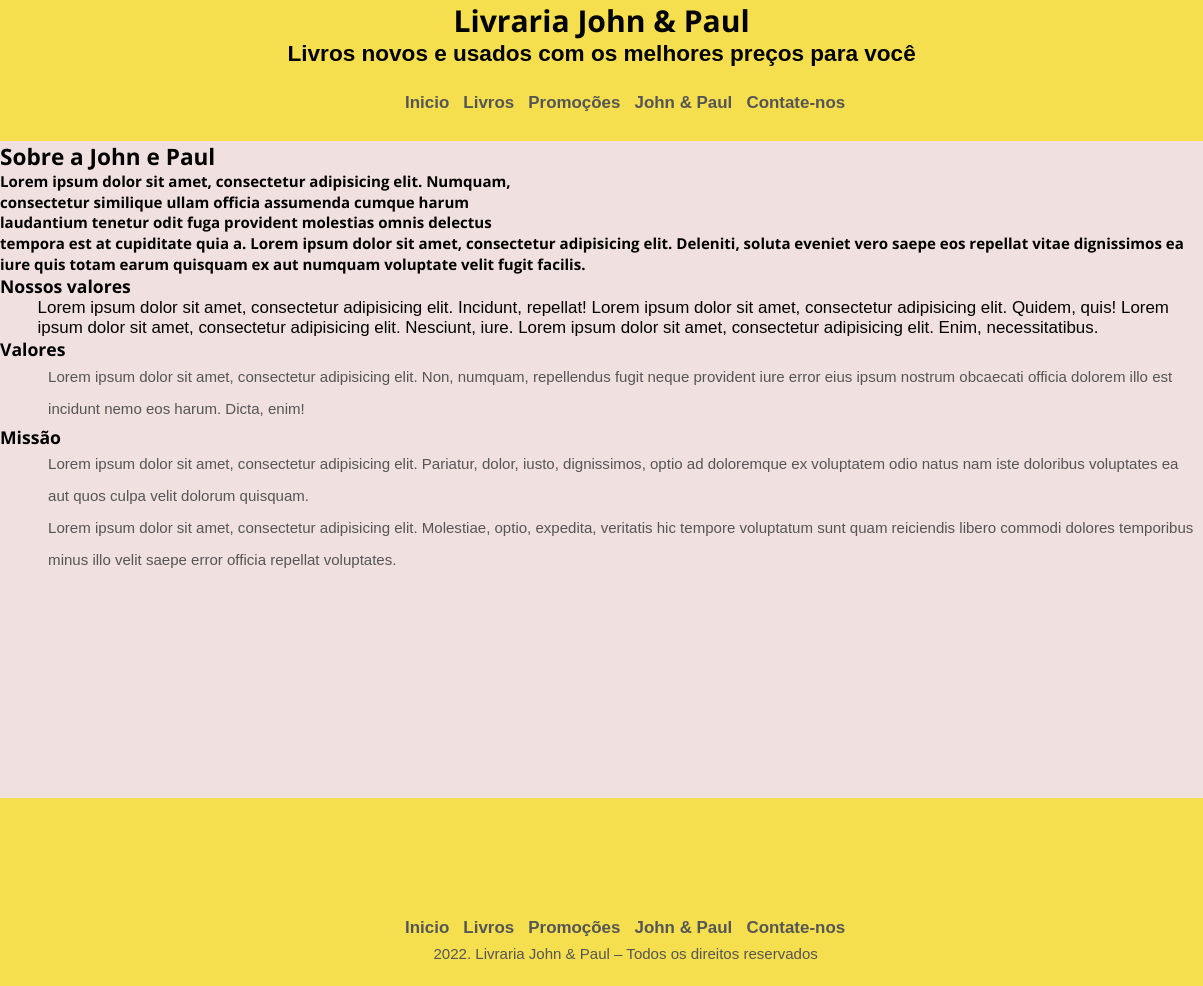
Repository: MarcoantonioCaldeira/Site-livraria-John-e-Paul
Page: sobre.html
An editor plug-in stored every save of this project. The page is shown before and after the next save, followed by the edit.
The browser window is 1280 px wide. The pictures show the whole page, at 94% of full size.

Above is the page before, as saved 2022-09-25 10:17:13.

### sobre.html
<!doctype html>
<html dir="ltr" lang="pt-BR">
<head>
   <meta name="viewport" content="width=device-width, initial-scale=1.0">

   <title>Meu Primeiro Projeto</title>
   <link rel="stylesheet" href="css/estilo.css">
</head>
<body>
<header id="topo">
   <h1 class="center"> Livraria John & Paul</h1>
   <h2 class="center">Livros novos e usados com os melhores preços para você</h2>
</header>
<nav id="menu-sobre">
   <ul>
      <li><a href="index.html">Inicio</a></li>
      <li><a href="produtos.html">Livros</a></li>
      <li><a href="#">Promoções</a></li>
      <li><a href="sobre.html">John & Paul</a></li>
      <li><a href="contato.html">Contate-nos</a></li>
   </ul>
</nav>
<section class="sobre">
   <h1>Sobre a John e Paul</h1>

   <h4>Lorem ipsum dolor sit amet, consectetur adipisicing elit. Numquam,<br>
    consectetur similique ullam officia assumenda cumque harum<br> laudantium tenetur
   odit fuga provident molestias omnis delectus<br> tempora est at cupiditate quia a.
   Lorem ipsum dolor sit amet, consectetur adipisicing elit. Deleniti,
   soluta eveniet vero saepe eos repellat vitae dignissimos ea iure quis
   totam earum quisquam ex aut numquam voluptate velit fugit facilis.</h4>


   <h3>Nossos valores</h3>
   <ul>
      <li>Lorem ipsum dolor sit amet, consectetur adipisicing elit. Incidunt, repellat!</li>
      <li>Lorem ipsum dolor sit amet, consectetur adipisicing elit. Quidem, quis!</li>
      <li>Lorem ipsum dolor sit amet, consectetur adipisicing elit. Nesciunt, iure.</li>
      <li>Lorem ipsum dolor sit amet, consectetur adipisicing elit. Enim, necessitatibus.</li>
   </ul>
   <h3>Valores</h3>
   <p>Lorem ipsum dolor sit amet, consectetur adipisicing elit. Non, numquam, repellendus fugit neque provident iure error eius ipsum nostrum obcaecati officia dolorem illo est incidunt nemo eos harum. Dicta, enim!</p>
   <h3>Missão</h3>
   <p>Lorem ipsum dolor sit amet, consectetur adipisicing elit. Pariatur, dolor, iusto, dignissimos, optio ad doloremque ex voluptatem odio natus nam iste doloribus voluptates ea aut quos culpa velit dolorum quisquam.</p>
   <p>Lorem ipsum dolor sit amet, consectetur adipisicing elit. Molestiae, optio, expedita, veritatis hic tempore voluptatum sunt quam reiciendis libero commodi dolores temporibus minus illo velit saepe error officia repellat voluptates.</p>
</section>

<footer id="rodape">
   <ul class="ul_rodape">
      <li><a href="index.html">Inicio</a></li>
      <li><a href="produtos.html">Livros</a></li>
      <li><a href="#">Promoções</a></li>
      <li><a href="sobre.html">John & Paul</a></li>
      <li><a href="contato.html">Contate-nos</a></li>
   </ul>
   <p>2022. Livraria John & Paul – Todos os direitos reservados</p>
</footer>
</body>
</html>

### css/estilo.css
/* Import font from google */
@import url(http://fonts.googleapis.com/css?family=Open+Sans:400,300,700);

*{
   margin: 0;
}


body{
   background-color:  rgb(240, 224, 224);
   font-family: sans-serif;
   margin: 0;
   padding: 0;
}
h1,h3,h4,h5,h6{
   font-family: 'Open Sans', sans-serif;
}

.h2_destaque{
   margin-left: 45%;
   margin-top: 5%;
   color:#555;
   font-family: 'Open Sans', sans-serif;
}

#topo{
   background-color: #f5df4e;
   width: 100%;
   height:150px;
   margin:0 auto;
}

.destaques{
   background-color: rgb(240, 224, 224);
   width: 100%;
   height:1300px;
}


#menu{
   width:50%;
   text-align: center;
   margin-top: 2%;
   margin-left: 25%;
   height:50px;
}

a{
   font-weight:600;
   text-decoration: none;
   margin-left: 10px;
   font-family: arial;
   color:#555;
}

#menu li{
   display:inline;
}
.destaques li{
   width: 50%;
   float: left;
   text-align: center;
   list-style: none;
   padding: 20px 0;
}

ul{
   font-size: 18px;
}


.ul_rodape{
   margin-top: 10%;
}

.destaques li strong{
   width: 100%;
   display: block;
}
.center{
   text-align: center;
}


form fieldset{
   border: none;
}
form legend{
   text-transform: uppercase;
   font-size: 1.2em;
   padding: 0;
   width: 100%;
   border-bottom: 1px solid #555;
}
form label, form input:not([type=checkbox]), form select, form textarea{
   width: 100%;
}
form div{
   width: 48%;
   margin: 0 1%;
   height: 180px;
   float: left;
}
button{
   padding: 10px 20px;
   background-color: blue;
   color: #fff;
   border: none;
   -webkit-border-radius: 5px;
   -moz-border-radius: 5px;
   border-radius: 5px;
}
#rodape{
   width: 100%;
   height: 200px;
   background-color:  #f5df4e;
   color: #ccc;
   float: left;
   text-align: center;
}

p{
   color: #555;
   line-height: 34px;
   margin-left: 4%;
}

li {
   display: inline;
}

/*Produtos*/
#menu-produtos{
   width:50%;
   text-align: center;
   margin-top: -4%;
   margin-left: 25%;
   height:50px;
}

.produtos{

   height:600px;
}

table{
   position: relative;
   margin-left: 27%;
   top: 20%;
   background-color:rgb(240, 224, 224);
   border-radius: 5px;
   border: 1px solid #555;
}

tr, td{
   border: 1px solid #555;
}


/*Sobre*/

#menu-sobre{
   width:50%;
   text-align: center;
   margin-top: -4%;
   margin-left: 25%;
   height:50px;
}

.sobre{
   width: 100%;
   height:700px;
}








@media  screen and (max-width: 750px){


   #main-menu {
      display: none;
    }
    #hamburger-menu {
      display: inline;
    }

   h2.center, h1.center{
      font-size: 19px;
      color: blue;
   }

   h2.h2_destaque{
      margin-left: 40%;
   }

   ul#ul_rodape{
      color: red;
   }

   p{
      color: black;
      margin-top: 20%;
      margin-left: 4%;
   }

}

After the next save:
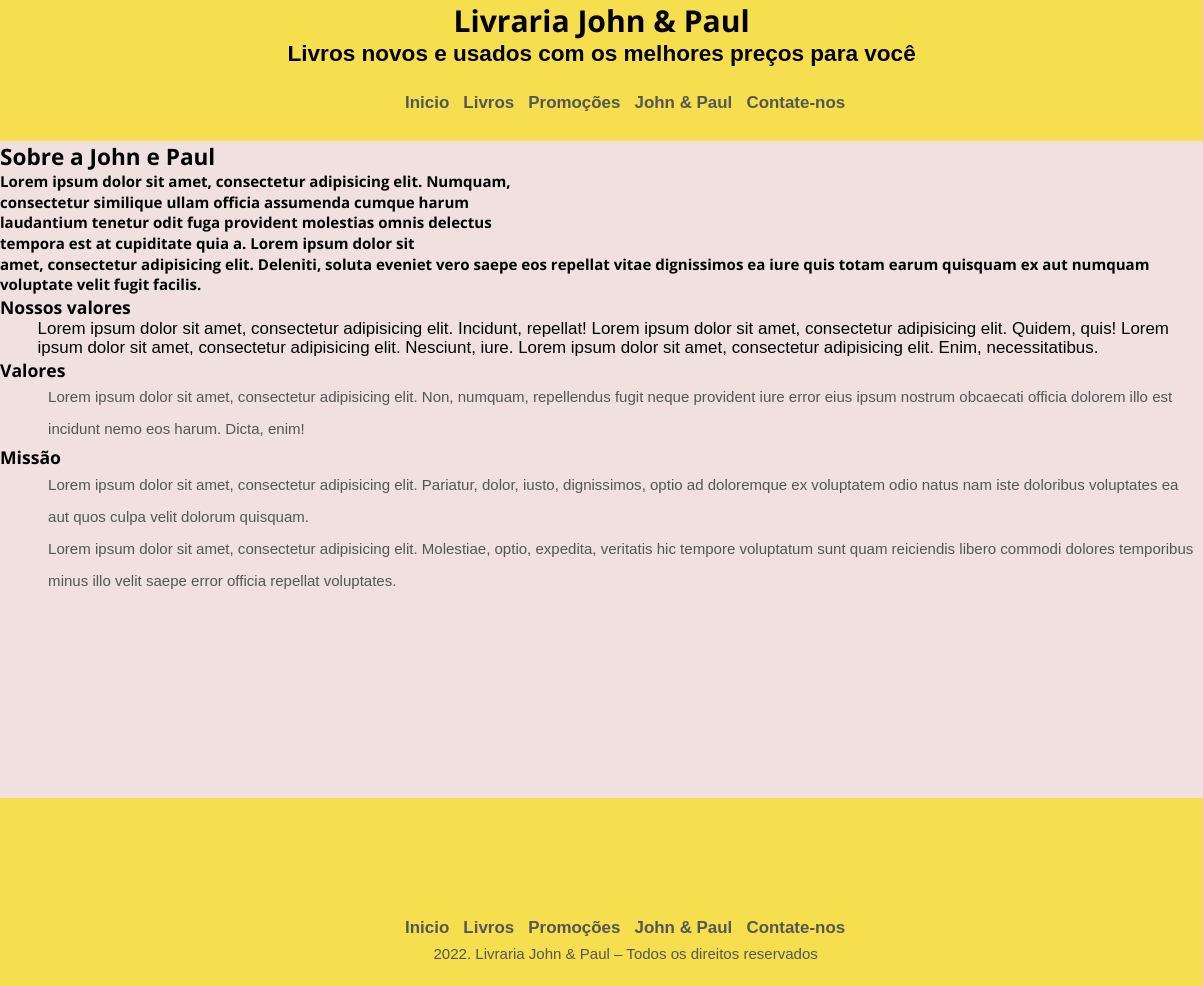
Saved 10 s later.
--- a/sobre.html
+++ b/sobre.html
@@ -26,7 +26,7 @@
    <h4>Lorem ipsum dolor sit amet, consectetur adipisicing elit. Numquam,<br>
     consectetur similique ullam officia assumenda cumque harum<br> laudantium tenetur
    odit fuga provident molestias omnis delectus<br> tempora est at cupiditate quia a.
-   Lorem ipsum dolor sit amet, consectetur adipisicing elit. Deleniti,
+   Lorem ipsum dolor sit<br> amet, consectetur adipisicing elit. Deleniti,
    soluta eveniet vero saepe eos repellat vitae dignissimos ea iure quis
    totam earum quisquam ex aut numquam voluptate velit fugit facilis.</h4>
 
